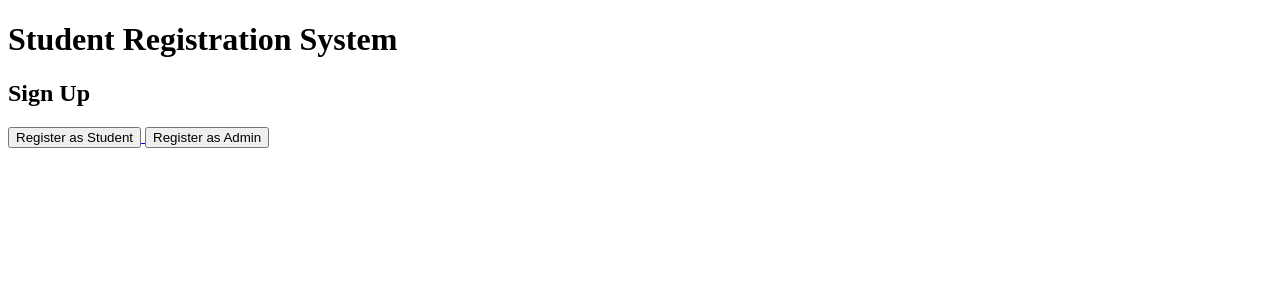
Repository: purrito123/student-register-system
Page: http://localhost/
These files come from the project's save history. The page is drawn as it stood at one moment and after the next save; the edit follows.
The browser window is 1280 px wide. The pictures show the whole page.
The page is served by the project's application, run on Flask 3 (app.py).

Above is the page before, as saved 2026-08-19 03:03:24.

After the next save:
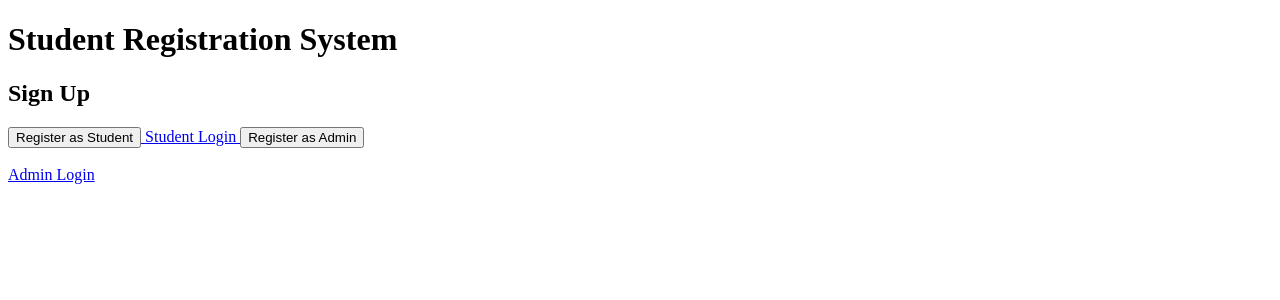
Saved 4 min 24 s later.
--- a/templates/signup.html
+++ b/templates/signup.html
@@ -14,9 +14,20 @@
         <button>Register as Student</button>
     </a>
 
+    <a href="/login">
+    Student Login
+    </a>
+
+
     <a href="/admin-register">
         <button>Register as Admin</button>
     </a>
 
+    <br><br>
+
+    <a href="/admin-login">
+    Admin Login
+    </a>
+
 </body>
 </html>
